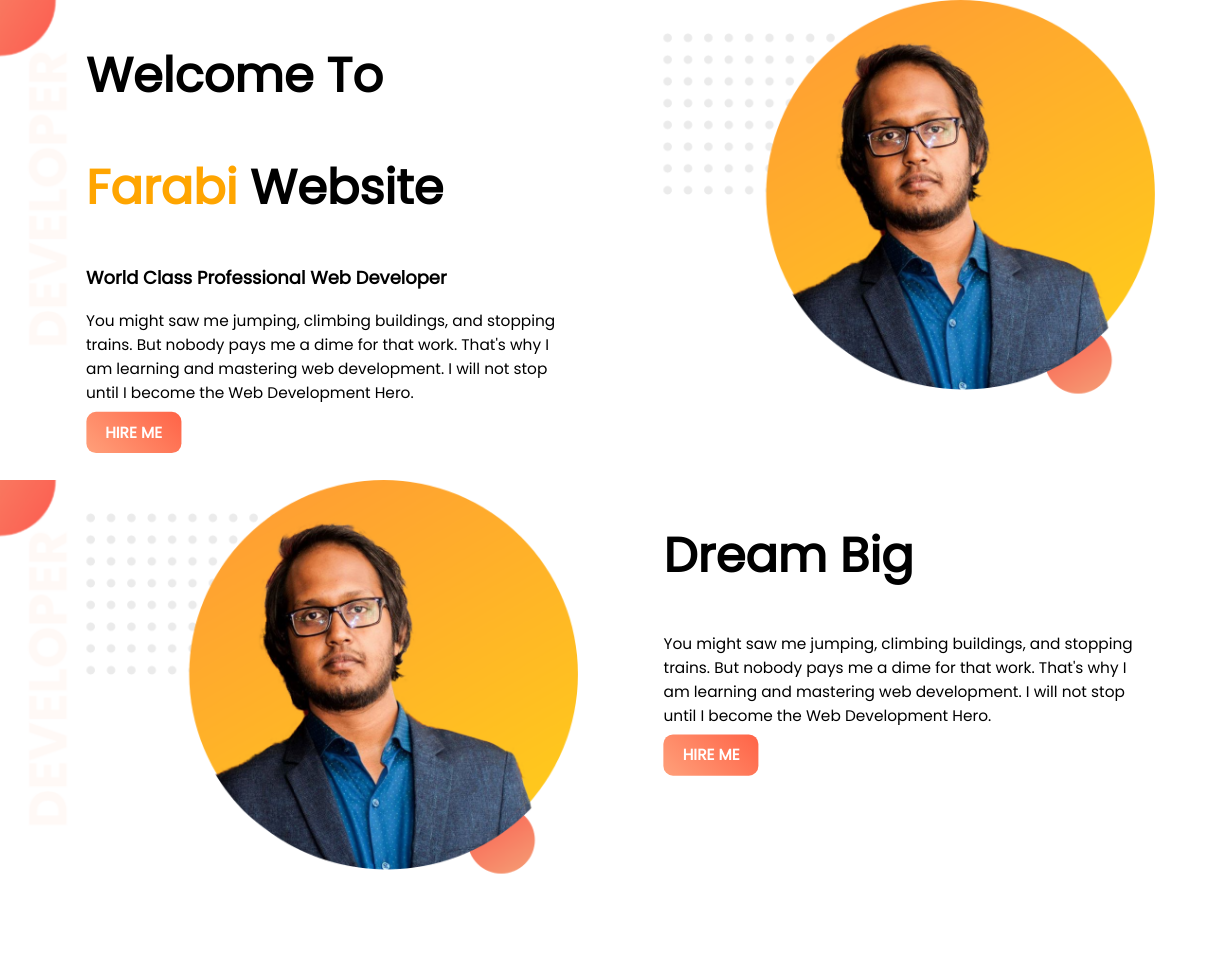
Repository: mohsinfarabi/web-portfolio
Page: index.html
These files come from the project's save history. The page is drawn as it stood at one moment and after the next save; the edit follows.
The browser window is 1280 px wide. The pictures show the whole page, at 96% of full size.

Above is the page before, as saved 2020-06-30 23:09:26.

### index.html
<!DOCTYPE html>
<html lang="en">

<head>
    <meta charset="UTF-8">
    <meta name="viewport" content="width=device-width, initial-scale=1.0">
    <link href="https://fonts.googleapis.com/css2?family=Poppins" rel="stylesheet">
    <title>Farabi Web Developer</title>
    <link rel="stylesheet" href="style.css">
</head>

<body>
    <section class="top-banner">
        <div class="half-width">
            <h1>Welcome To</h1>
            <h1><span class="name-highlight">Farabi</span> Website</h1>
            <h3>World Class Professional Web Developer</h3>
            <p>You might saw me jumping, climbing buildings, and stopping trains. But nobody pays me a dime for that work. That's why I am learning and mastering web development. I will not stop until I become the Web Development Hero.</p>
            <a class="link-button" target="_blank" href="https://www.linkedin.com/in/mohsin-farabi-68655040/">HIRE ME</a>
        </div>
        <div class="half-width">
            <img src="images/profile1.png" alt="">
        </div>
    </section>
    <section class="dream-area">
        <div class="half-width">
            <img src="images/profile1.png" alt="">
        </div>
        <div class="half-width">
            <h1>Dream Big</h1>
            <h3Become a web developer</h3>
                <p>You might saw me jumping, climbing buildings, and stopping trains. But nobody pays me a dime for that work. That's why I am learning and mastering web development. I will not stop until I become the Web Development Hero.</p>
                <a class="link-button" target="_blank" href="https://www.linkedin.com/in/mohsin-farabi-68655040/">HIRE ME</a>
        </div>

    </section>
</body>

</html>

### style.css
body {
    margin: 0;
    font-family: 'Poppins', sans-serif;
}

h1 {
    font-size: 50px;
}

.name-highlight {
    color: orange;
}

.half-width {
    width: 40%;
    float: left;
    margin-left: 5%;
    padding-left: 2%;
}

.half-width img {
    width: 100%;
}

.top-banner {
    background-image: url(images/top-banner.png);
    background-repeat: no-repeat;
}

.dream-area {
    background-image: url(images/top-banner.png);
    background-repeat: no-repeat;
}

section {
    height: 500px;
}

.link-button {
    text-decoration: none;
    background-image: linear-gradient(45deg, lightSalmon, tomato);
    padding: 10px 20px;
    border-radius: 10px;
    color: white;
    font-weight: 700;
}

After the next save:
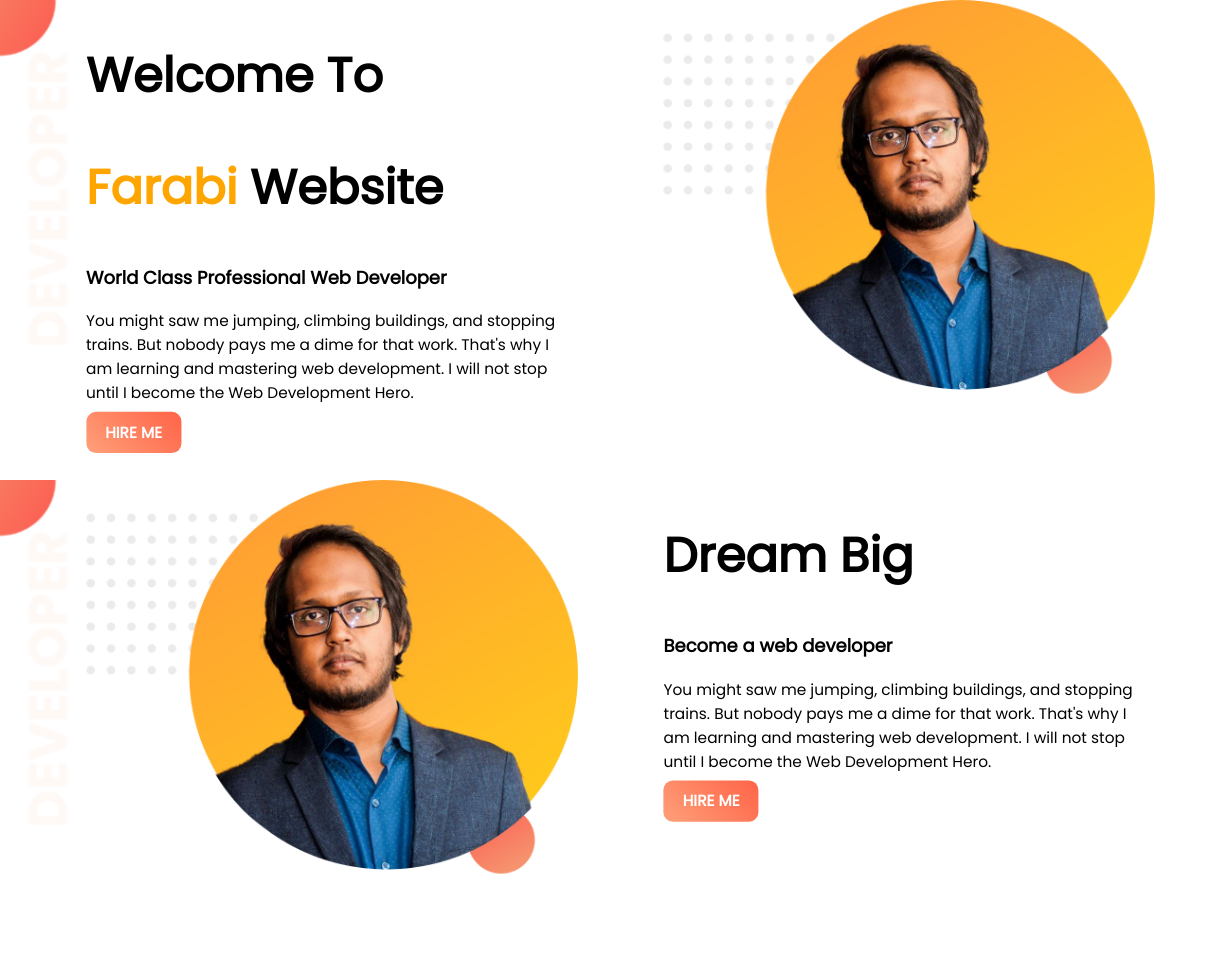
Saved 7 s later.
--- a/index.html
+++ b/index.html
@@ -28,9 +28,9 @@
         </div>
         <div class="half-width">
             <h1>Dream Big</h1>
-            <h3Become a web developer</h3>
-                <p>You might saw me jumping, climbing buildings, and stopping trains. But nobody pays me a dime for that work. That's why I am learning and mastering web development. I will not stop until I become the Web Development Hero.</p>
-                <a class="link-button" target="_blank" href="https://www.linkedin.com/in/mohsin-farabi-68655040/">HIRE ME</a>
+            <h3>Become a web developer</h3>
+            <p>You might saw me jumping, climbing buildings, and stopping trains. But nobody pays me a dime for that work. That's why I am learning and mastering web development. I will not stop until I become the Web Development Hero.</p>
+            <a class="link-button" target="_blank" href="https://www.linkedin.com/in/mohsin-farabi-68655040/">HIRE ME</a>
         </div>
 
     </section>
